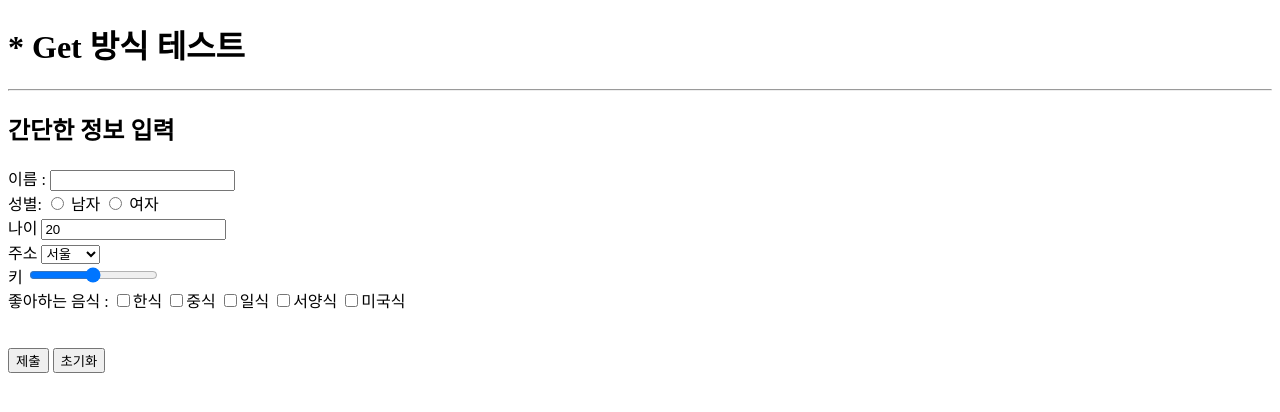
Repository: kkh1396/kh_front
Page: 05_server/1.servlet/src/main/webapp/views/requestTest_POST.html
An editor plug-in stored every save of this project. The page is shown before and after the next save, followed by the edit.
The browser window is 1280 px wide. The pictures show the whole page.

Above is the page before, as saved 2025-03-19 03:45:01.

After the next save:
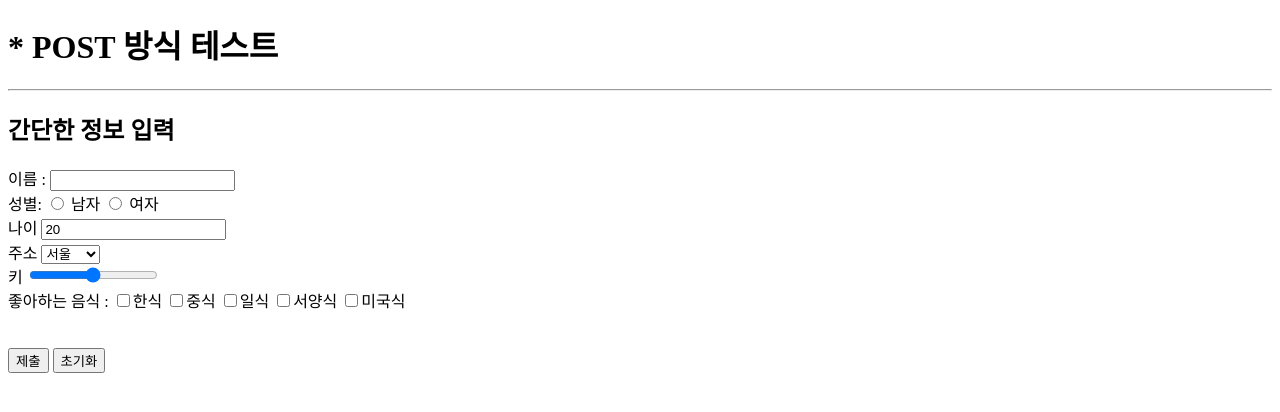
Saved 43 s later.
--- a/05_server/1.servlet/src/main/webapp/views/requestTest_POST.html
+++ b/05_server/1.servlet/src/main/webapp/views/requestTest_POST.html
@@ -9,7 +9,7 @@
 <body>
 
 
-	<h1>* Get 방식 테스트</h1>
+	<h1>* POST 방식 테스트</h1>
 
 	<hr>
 
@@ -29,7 +29,7 @@
 		       /1_servlet/test.do 요청!
 	-->
 
-	<form action="/1_servlet/test.do" method="get">
+	<form action="/1_servlet/test2.do" method="POST">
 		<div>
 			<label for="username">이름 : </label>
 			<!-- input:text#userName[name=username] -->
